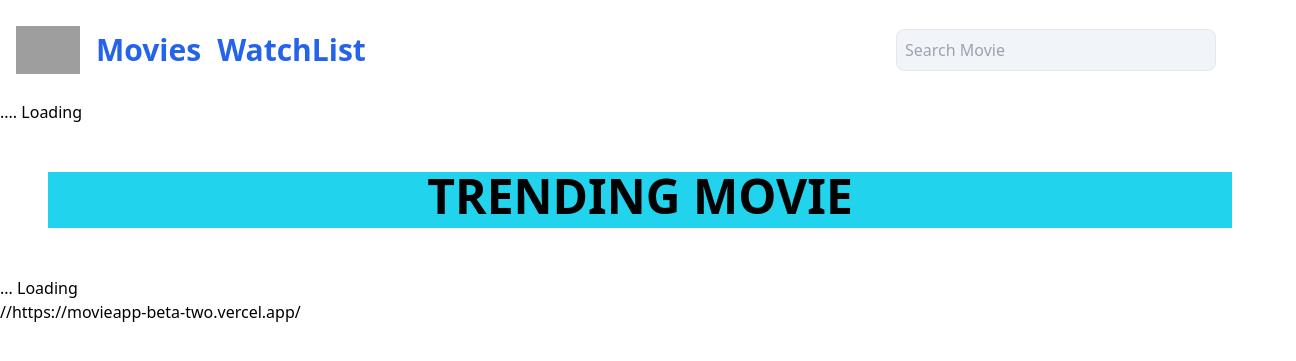
Repository: swapnil0663/MovieApp
Page: /
These files come from the project's save history. The page is drawn as it stood at one moment and after the next save; the edit follows.
The browser window is 1280 px wide. The page is 1296 px wide, then 1280 px, then 1296 px, so the pictures cover 1296 px, including what lies to the right of the window. The pictures show the whole page.
Pictures or frames that could not be fetched are drawn as grey boxes. The page's requests for data from a server got no answer. Some web fonts or font styles are not loaded; a fallback is used. The project was rebuilt for these pictures with package versions that can differ from the ones it lists, and the page was loaded fresh each time. No one was signed in, and anything a server would have sent is missing. Also part of the build but not shown: vite.config.js, src/Components/Paging.jsx, src/Components/MovieCard.jsx, src/Components/WatchList.jsx.

Above is the page before, as saved 2025-01-03 23:46:23.

After the next save:
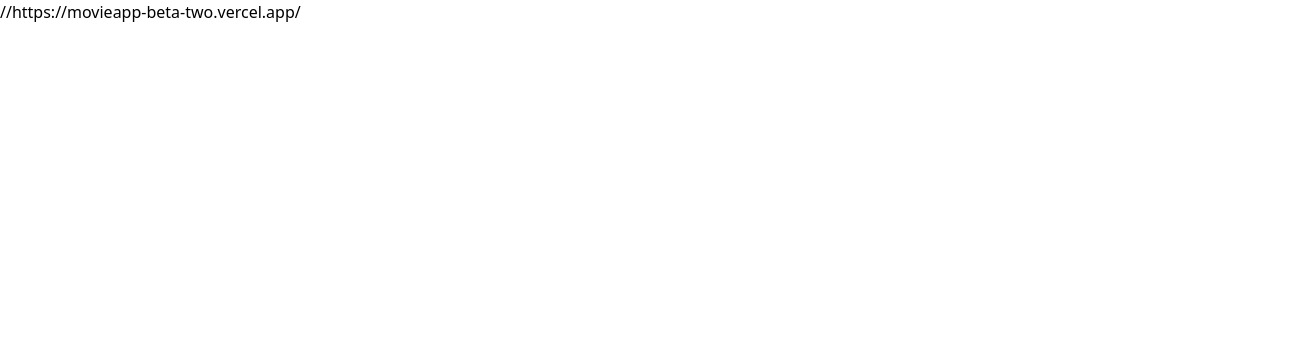
Console error: ReferenceError: align is not defined
Saved 4 s later.
--- a/src/Components/Movie.jsx
+++ b/src/Components/Movie.jsx
@@ -25,7 +25,7 @@
   }, [pageno]);
 
   if (isLoading) {
-    return <h1 style={{display:"flex",}}> ... Loading </h1>;
+    return <h1 style={{display:"flex",align}}> ... Loading </h1>;
   }
   if(error){
     return <h1>Error fetching data</h1>

After the 2 saves that followed:
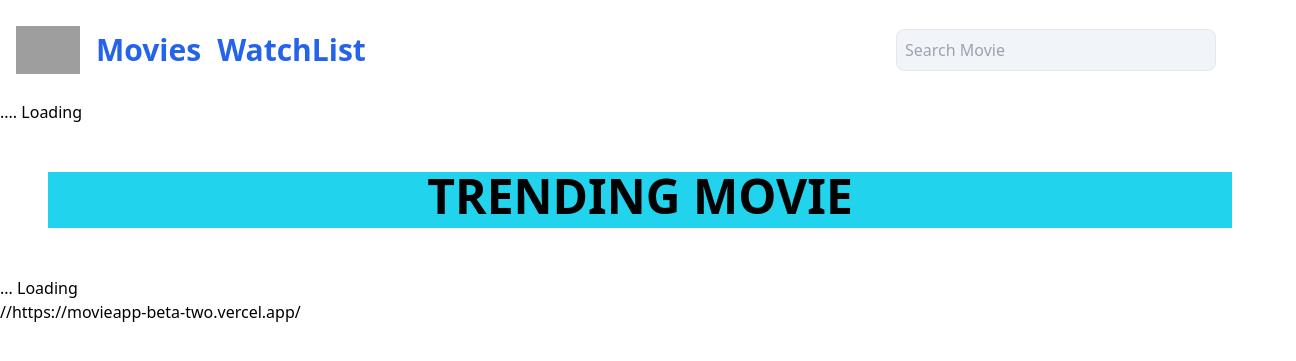
The error is gone.
The 2 saves are shown as one change because they came seconds apart.
The last was saved 6 s later.
--- a/src/Components/Movie.jsx
+++ b/src/Components/Movie.jsx
@@ -25,7 +25,7 @@
   }, [pageno]);
 
   if (isLoading) {
-    return <h1 style={{display:"flex",align}}> ... Loading </h1>;
+    return <h1 style={{display:"flex",alignItems:"center",}}> ... Loading </h1>;
   }
   if(error){
     return <h1>Error fetching data</h1>
